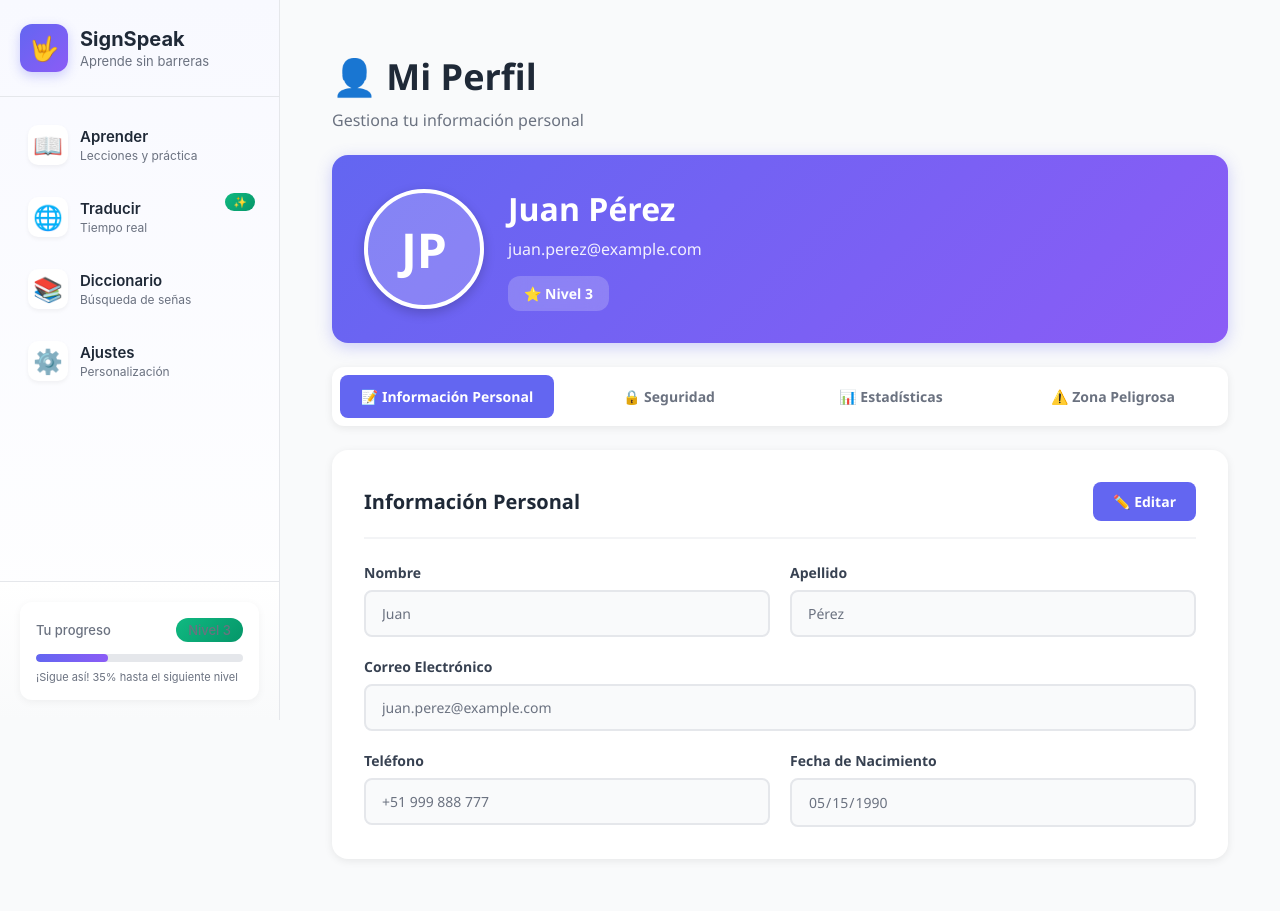
Repository: Aucarure/SignSpeak
Page: /profile (app in Usuario/frontend/)
The author's editor kept a copy of each file at every save. The page is drawn from the files as they stood at one save, then again after the next save.
The browser window is 1280 px wide. The pictures show the whole page.
The project was rebuilt for these pictures with package versions that can differ from the ones it lists, and the page was loaded fresh each time. Also part of the build but not shown: Usuario/frontend/vite.config.js, Usuario/frontend/src/pages/Translator.jsx, Usuario/frontend/src/pages/Pages.css, Usuario/frontend/src/pages/Learn.jsx, Usuario/frontend/src/pages/Dictionary.jsx, Usuario/frontend/src/pages/Settings.jsx, Usuario/frontend/src/api/diccionario.js, Usuario/frontend/src/hooks/useDiccionario.js and 3 more.

Above is the page before, as saved 2025-12-04 17:18:20.

After the next save:
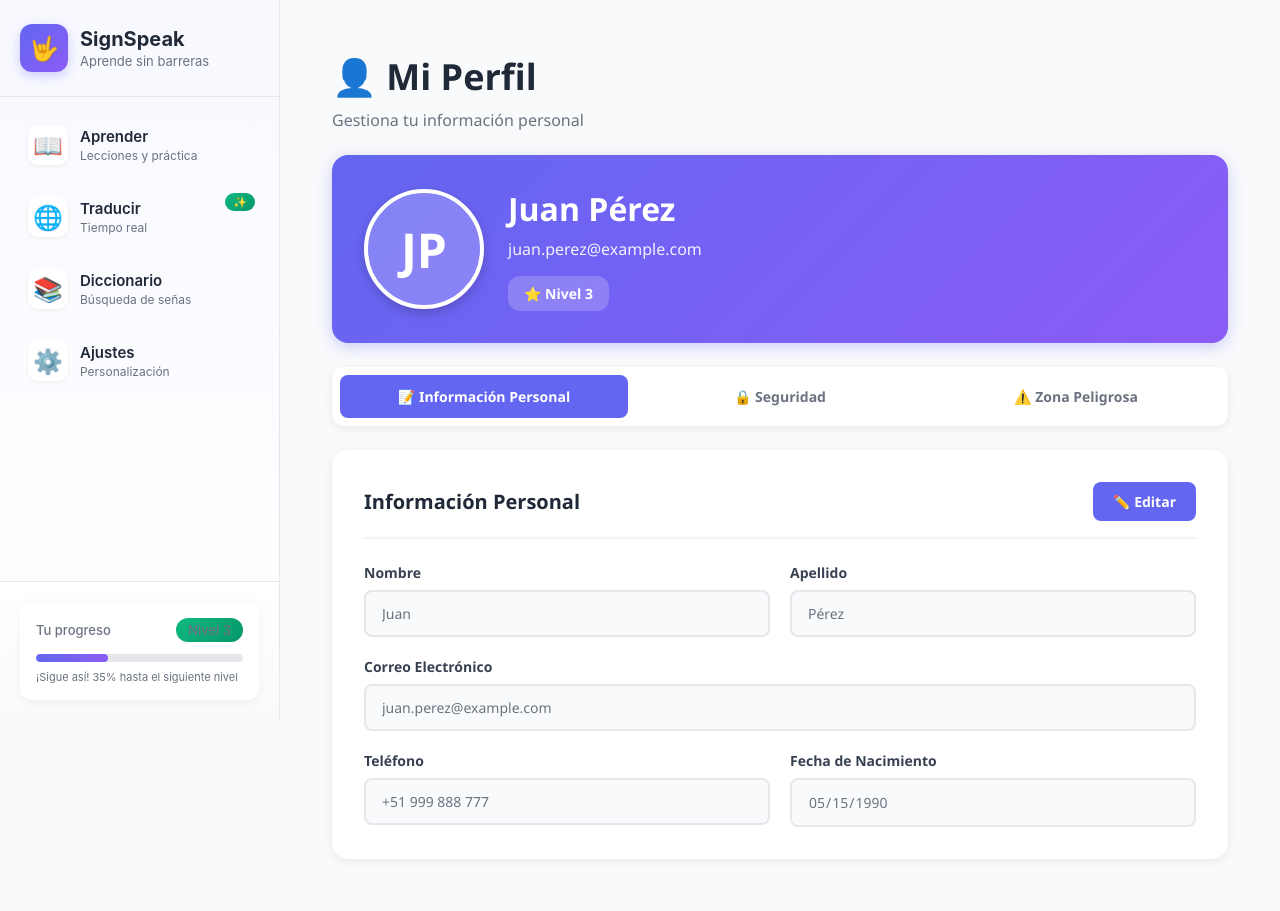
Saved 15 s later.
--- a/Usuario/frontend/src/pages/Profile.jsx
+++ b/Usuario/frontend/src/pages/Profile.jsx
@@ -211,15 +211,7 @@ const Profile = () => {
           >
             🔒 Seguridad
           </button>
-          <button
-            style={{
-              ...styles.tab,
-              ...(activeTab === 'stats' ? styles.tabActive : {})
-            }}
-            onClick={() => setActiveTab('stats')}
-          >
-            📊 Estadísticas
-          </button>
+
           <button
             style={{
               ...styles.tab,
